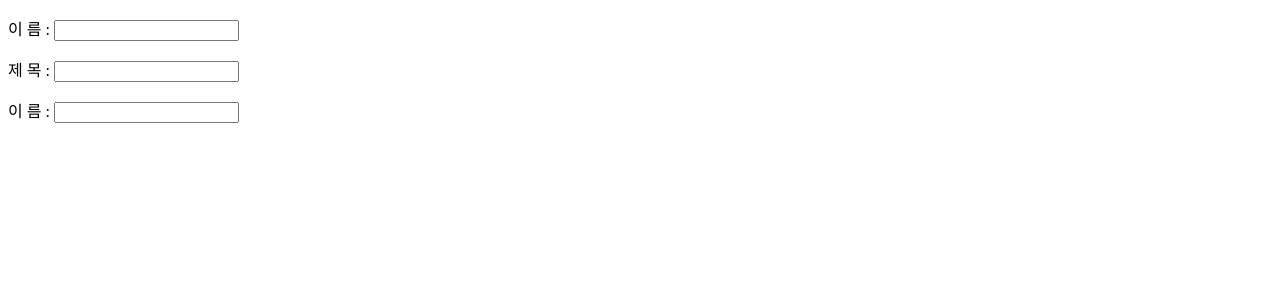
Repository: Pen-nek/Java_original
Page: http://localhost/JspBook/ch07/fileupload01.jsp
An editor plug-in stored every save of this project. The page is shown before and after the next save, followed by the edit.
The browser window is 1280 px wide. The pictures show the whole page.
The page is served by Tomcat 9. Nobody is signed in. The application's start-up code is not run.

Above is the page before, as saved 2019-08-21 02:31:21.

After the next save:
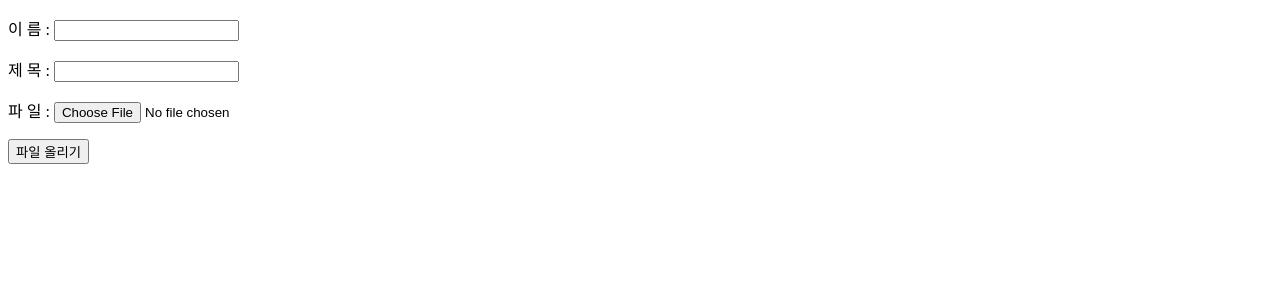
Saved 34 s later.
--- a/JspBook/WebContent/ch07/fileupload01.jsp
+++ b/JspBook/WebContent/ch07/fileupload01.jsp
@@ -9,8 +9,9 @@
 <body>
 	<form name="fileForm" method="post" enctype="multipar/form-data" action="fileupload01_process.jsp">
 		<p> 이 름 : <input type="text" name="name">
-		<p> 제 목 : <input type="text" name="title">
-		<p> 이 름 : <input type="text" name="name">
+		<p> 제 목 : <input type="text" name="subject">
+		<p> 파 일 : <input type="file" name="filename">
+		<p> <input type="submit" value="파일 올리기">
 	</form>
 </body>
 </html>
